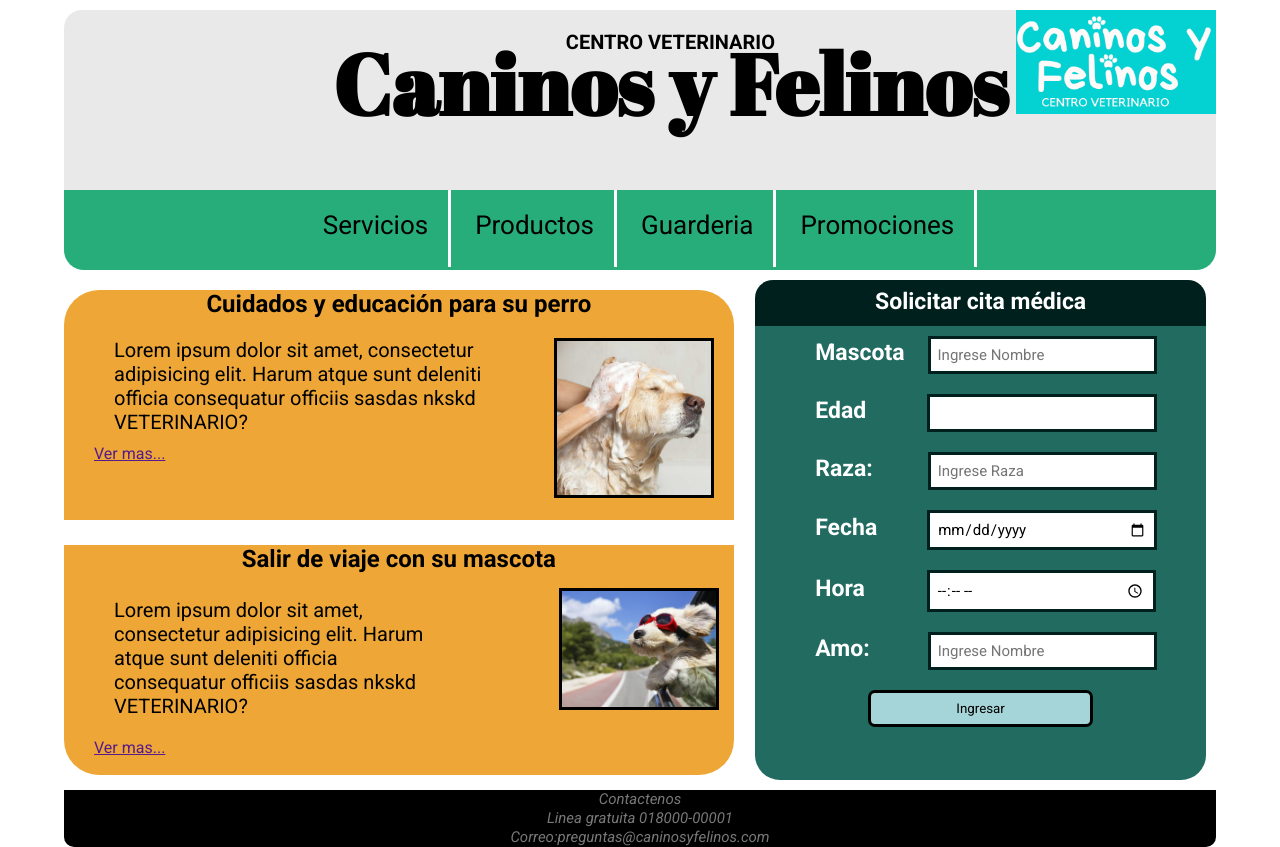
Repository: NickArregoces/Veterinaria
Page: Index.html
These files come from the project's save history. The page is drawn as it stood at one moment and after the next save; the edit follows.
The browser window is 1280 px wide. The pictures show the whole page.

Above is the page before, as saved 2021-10-08 18:32:22.

### Index.html
<!DOCTYPE html>
<html lang="en">
<head>
    <meta charset="UTF-8">
    <meta http-equiv="X-UA-Compatible" content="IE=edge">
    <meta name="viewport" content="width=device-width, initial-scale=1.0">
    <title>Canicos y felinos</title>
    <link rel="stylesheet" href="/CSS/Style.css">
    <link href="https://fonts.googleapis.com/css2?family=Roboto:ital,wght@0,100;0,300;0,400;0,500;0,700;0,900;1,100;1,300;1,400;1,500;1,700;1,900&display=swap" rel="stylesheet">
    <link rel="preconnect" href="https://fonts.googleapis.com">
    <link rel="preconnect" href="https://fonts.gstatic.com" crossorigin>
    <link href="https://fonts.googleapis.com/css2?family=Abril+Fatface&display=swap" rel="stylesheet">

</head>
<body>
    <div id="head">
        <header>
            <div class="image">
                <img src="/Images/logo.png" alt="logo">
            </div>
            <div class="title" >
                <h3>CENTRO VETERINARIO</h3>
                <h1>Caninos y Felinos</h1>
            </div>

        </header>

        <div class="navegador">
            <ul class="menu">
                <li><a href="#">Servicios</a></li>
                <li><a href="#">Productos</a></li>
                <li><a href="#">Guarderia</a></li>
                <li><a href="#">Promociones</a></li>
            </ul>
        </div>

    </div>
        <div id="Contenido">
            <div class="section">

                <form action="" class="cita">
                    <h3 style="color: rgb(255, 255, 255);">Solicitar cita médica</h3>
                        <div class="Mascota">
                            <h4>Mascota<input type="text" placeholder="Ingrese Nombre" required></h4>
                        </div>

                        <div class="Edad">
                            <h4>Edad<input type="number" required></h4>
                        </div>

                        <div class="Raza">
                            <h4>Raza:<input type="text" placeholder="Ingrese Raza" required></h4>
                        </div>
                        <div class="Fecha">
                            <h4>Fecha<input type="date" placeholder="" required></h4>
                        </div>

                        <div class="Hora">
                            <h4>Hora<input type="time" required></h4>
                        </div>

                        <div class="Amo">
                            <h4>Amo:<input type="text" placeholder="Ingrese Nombre" required></h4>
                        </div>

                    <div class="button">
                        <button class="sumbit"> Ingresar </button>
                    </div>

                </form>
            </div>

            <div id="Cuadros">
                <aside>
                    <div class="Cuidados">
                        <h2 style="color: rgb(0, 0, 0);">Cuidados y educación para su perro</h2>

                        <div id="Prueba">
                            <img id="Prubea" src="/Images/credit.png" alt="">


                            <p>Lorem ipsum dolor sit amet, consectetur adipisicing elit.
                                Harum atque sunt deleniti officia consequatur officiis
                                sasdas nkskd VETERINARIO?</p>

                            <div class="vinculo"><a href="">Ver mas...</a></div>
                        </div>

                    </div>

                    <div class="Viajes">
                        <h2 style="color: rgb(0, 0, 0);">Salir de viaje con su mascota</h2>

                        <div id="Prueba">
                            <img id="Prubea" src="/Images/Wallpaper(80).jpg" alt="">

                            <p>Lorem ipsum dolor sit amet, consectetur adipisicing elit.
                            Harum atque sunt deleniti officia consequatur officiis
                            sasdas nkskd VETERINARIO?</p>

                            <div class="vinculo1"><a href="">Ver mas...</a></div>
                        </div>
                    </div>
                </aside>
            </div>

            <div>
                <footer>
                        <p>Contactenos</p>
                        <p>Linea gratuita 018000-00001</p>
                        <p>Correo:preguntas@caninosyfelinos.com</p>
                </footer>
            </div>
        </div>

</body>
</html>

### CSS/Style.css

*{
    margin: 0 auto;
    padding: 0px;
    list-style:none;
    font-family: 'Roboto', sans-serif;
}
body{
    font-family: Arial, Helvetica, sans-serif;
    background: rgb(255, 255, 255);
    width: 90%;
    color: rgb(0, 0, 0);
}
header{
    width: 100%;
    margin-top: 10px;
    background:rgb(233, 233, 233);
    border-top-left-radius:  18px;
    border-top-right-radius:  18px;
    height: 180px;
}
    img{
        float: right;
        width: 200px;
    }
    .title{
        float: right;
        width: 60%;
        margin-top: 20px;
    }
    header h1{
        font-family: 'Abril Fatface', cursive;
        font-size: 85px;
        text-align: center;
        line-height: 60px;
        display: block;
        color: black;
    }
    header h3{
        font-size: 20px;
        text-align: center;
    }
div.navegador{
    text-align: center;
}
    ul.menu{
        border-bottom-left-radius: 20px 20px;
        border-bottom-right-radius: 20px 20px;
        background: rgb(38, 173, 122);
        height: 80px;
        list-style: none;
        padding: 0;
        max-width: 10000px;
    }
    .menu li a{
        height: 37px;
        font-size: 26px;
        margin-right: 1px;
        text-decoration: none;
        color:black;
        padding: 20px;
        display: table-cell;
    }
    .menu li {
        border-right: solid white;
        display: inline-block;
        }
    .menu li a:hover{
        background: #242323b6;
        color: white;
        }

.section{
    width: 40%;
    float: right;
}
     form{
        background: rgb(33, 107, 97);
        border-radius: 25px;
        margin-top: 10px;
        margin-right:10px;
        margin-bottom: 10px;
        height: 500px;
    }
        form h3{
            font-size: 23px;
            text-align: center;
            background: rgb(0, 32, 29);
            height: 30px;
            padding: 8px;
            border-top-left-radius: 18px;
            border-top-right-radius: 18px;
        }
        form h4{
            font-size: 23px;
            padding: 10px;
            margin-left: 50px;
            color: rgb(255, 255, 255);

        }
        form input{
            font-size: 15px;
            width: 55%;
            padding: 7px;
            display: inline;
            border: solid rgb(0, 32, 29);
            margin-left: 10px;
        }
        div.Mascota input {
            margin-left: 23px;
        }
        div.Edad input {
            margin-left: 61px;
        }
        div.Raza input {
            margin-left: 55px;
        }
        div.Fecha input {
            margin-left: 50px;
        }
        div.Hora input {
            margin-left: 62px;
        }
        div.Amo input {
            margin-left: 58px;
        }
        div.button{
            margin-top: 10px;
            margin: auto;
            text-align: center;
            width: 50%;
            cursor: pointer;
        }
        button{
            margin-top: 10px;
            width: 100%;
            padding: 8px;
            background:#A5D5D8;
            border-radius: 7px;
            border: solid black;
            cursor: pointer;

        }
        button:hover{
            background: #000000b6;
            color: rgb(255, 255, 255);
        }
aside{
    width: 59%;
    height: 500px;
    margin-top: 10px;
    float: left;
    margin-bottom: 10px;
}
    div.Cuidados{
        height: 230px;
        border-top-left-radius: 35px;
        border-top-right-radius: 35px;
        margin-top: 10px;
        margin-right: 10px;
        background:#EEA737;
        overflow:hidden;
    }
    /*Centrado Imagenes aside*/
    #Prueba{
        float: right;
    }
        div.Cuidados h2{
            text-align: center;
        }
        div.Cuidados img {
            margin: 20px;
            width: 23%;
            border: solid black;
        }
        /*Efecto Imagenes aside*/
        div img:hover{
            -webkit-transform:scale(0.9);
            transform:scale(0.9);
        }
        div.Cuidados p{
            font-size: 20px;
            margin-top: 20px;
            margin-left: 50px;
            width: 60%;
            display: inline-block;
        }
        div.Cuidados a{
            position: absolute;
            margin-left: 30px;
            margin-top: 10px;
        }

    div.Viajes {
        height: 230px;
        border-bottom-right-radius: 35px;
        border-bottom-left-radius: 35px;
        margin-top: 25px;
        margin-right: 10px;
        background: #EEA737;
        overflow: hidden;
    }
        div.Viajes h2{
            text-align: center;
        }
        div.Viajes img {
            width: 23%;
            margin: 15px;
            border: solid black;
        }
        div.Viajes p{
            font-size: 20px;
            margin-top: 25px;
            margin-left: 50px;
            width: 50%;
            display: inline-block;
        }
        div.vinculo1 a{
            position: absolute;
            margin-left: 30px;
            margin-top: 20px;
        }

footer{
    background: black;
    clear: both;
    border-bottom-left-radius: 10px;
    border-bottom-right-radius: 10px;
}
    footer p{
        font-size: 15px;
        text-align: center;
        line-height: 15px;
        color: rgb(121, 119, 119);
        font-style:italic;
        padding: 2px;
    }

After the next save:
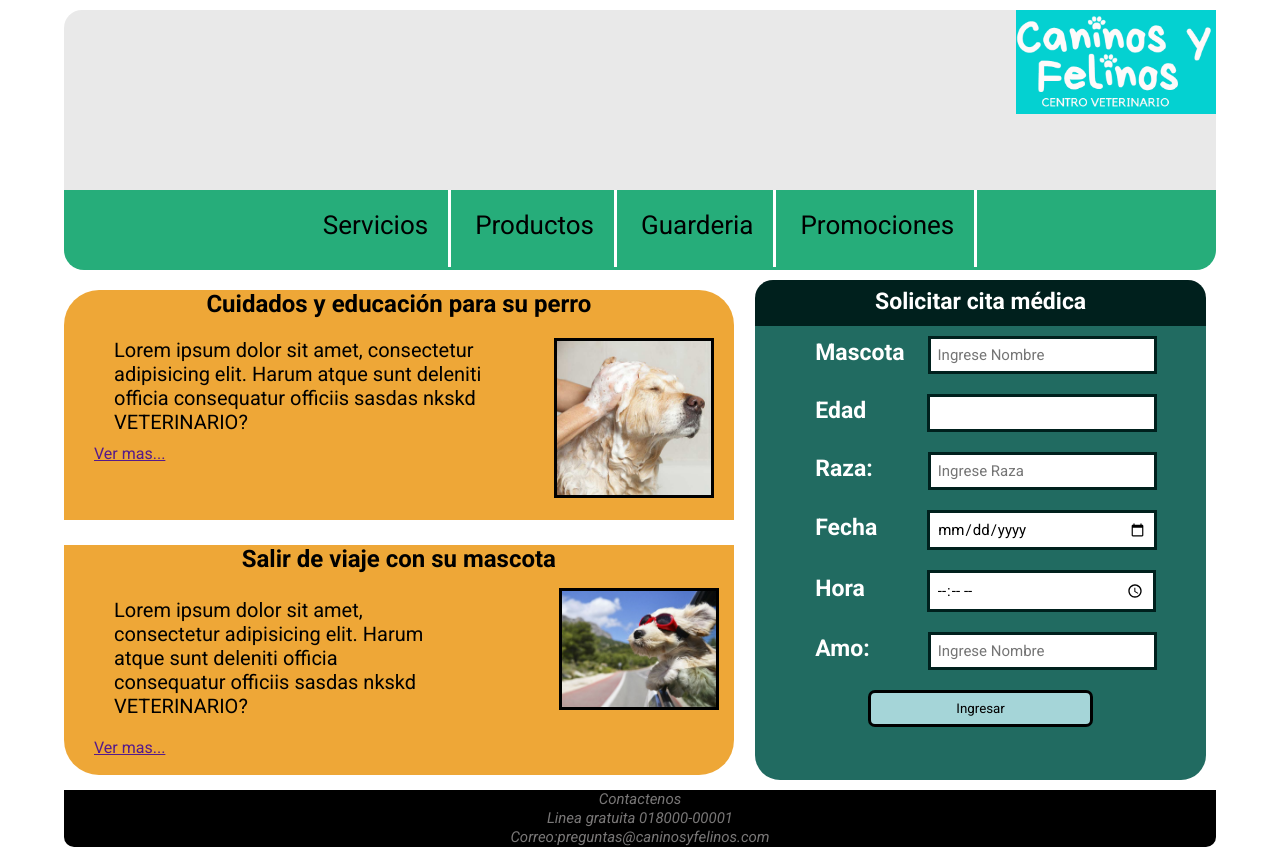
Saved 39 min 45 s later.
--- a/Index.html
+++ b/Index.html
@@ -17,11 +17,7 @@
         <header>
             <div class="image">
                 <img src="/Images/logo.png" alt="logo">
-            </div>
-            <div class="title" >
-                <h3>CENTRO VETERINARIO</h3>
-                <h1>Caninos y Felinos</h1>
-            </div>
+
 
         </header>
 
